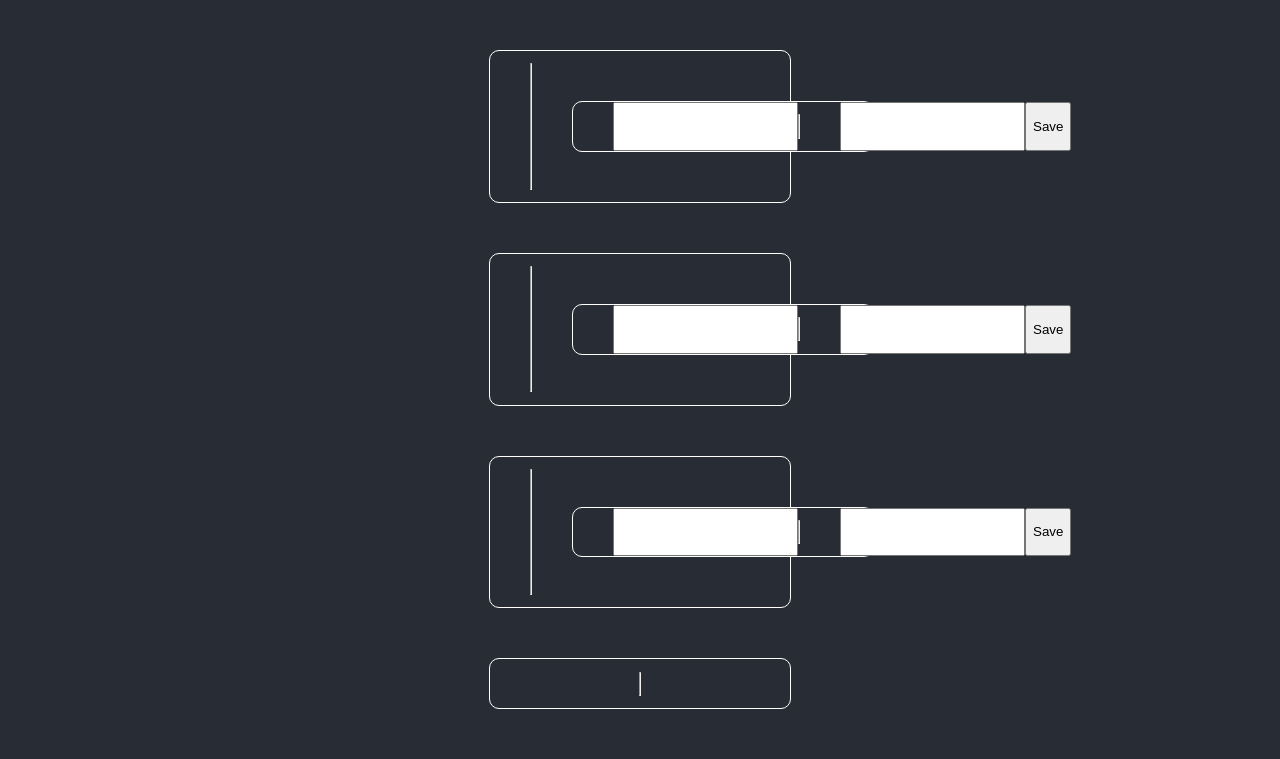
Repository: bandikost/capers
Page: /main
An editor plug-in stored every save of this project. The page is shown before and after the next save, followed by the edit.
The browser window is 1280 px wide. The pictures show the whole page.
The page's requests for data from a server got no answer. The project was rebuilt for these pictures with package versions that can differ from the ones it lists, and the page was loaded fresh each time. No one was signed in, and anything a server would have sent is missing.

Above is the page before, as saved 2023-04-10 12:30:30.

After the next save:
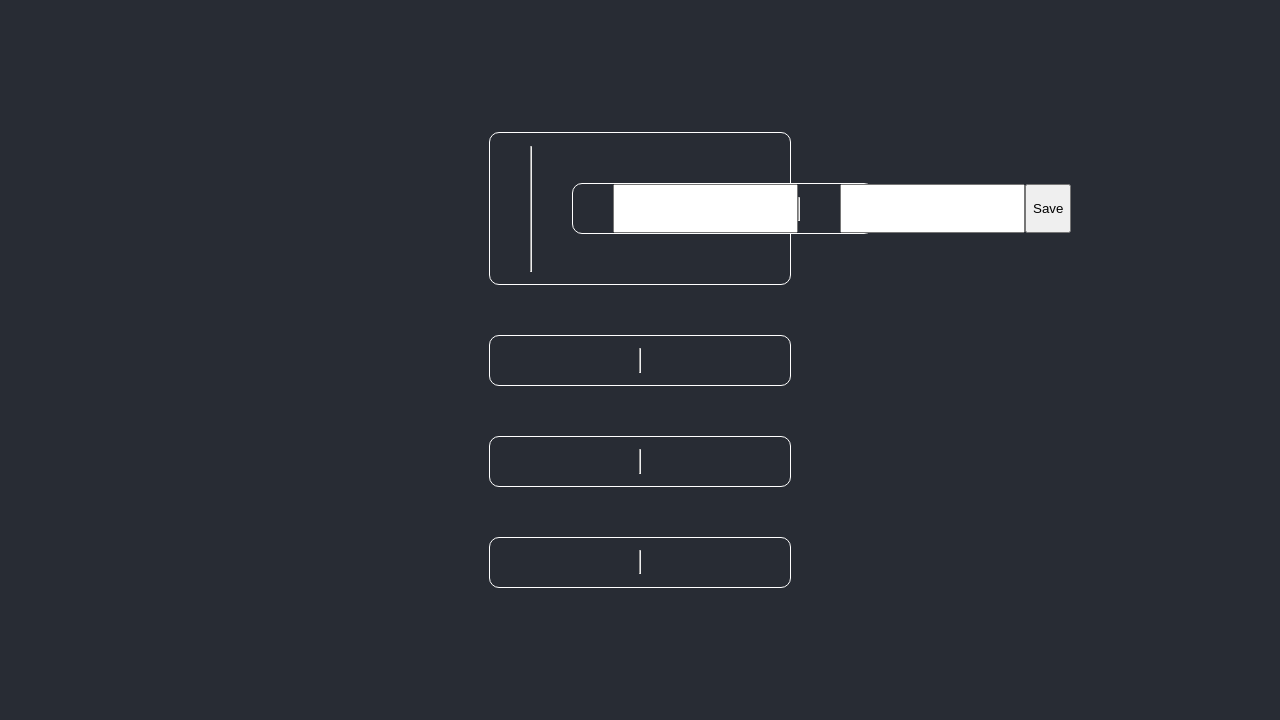
Saved 11 s later.
--- a/src/components/Main.jsx
+++ b/src/components/Main.jsx
@@ -45,13 +45,11 @@ export const Main = () => {
         <p>{name.user2}</p>
         <hr />
         <p>{balance.user2}</p>
-        <UserEditForm userId="user2" name={name.user2} balance={balance.user2} />
       </div>
       <div className="cell">
         <p>{name.user3}</p>
         <hr />
         <p>{balance.user3}</p>
-        <UserEditForm userId="user3" name={name.user3} balance={balance.user3} />
       </div>
       <div className="cell">
         <p>{name.user4}</p>
